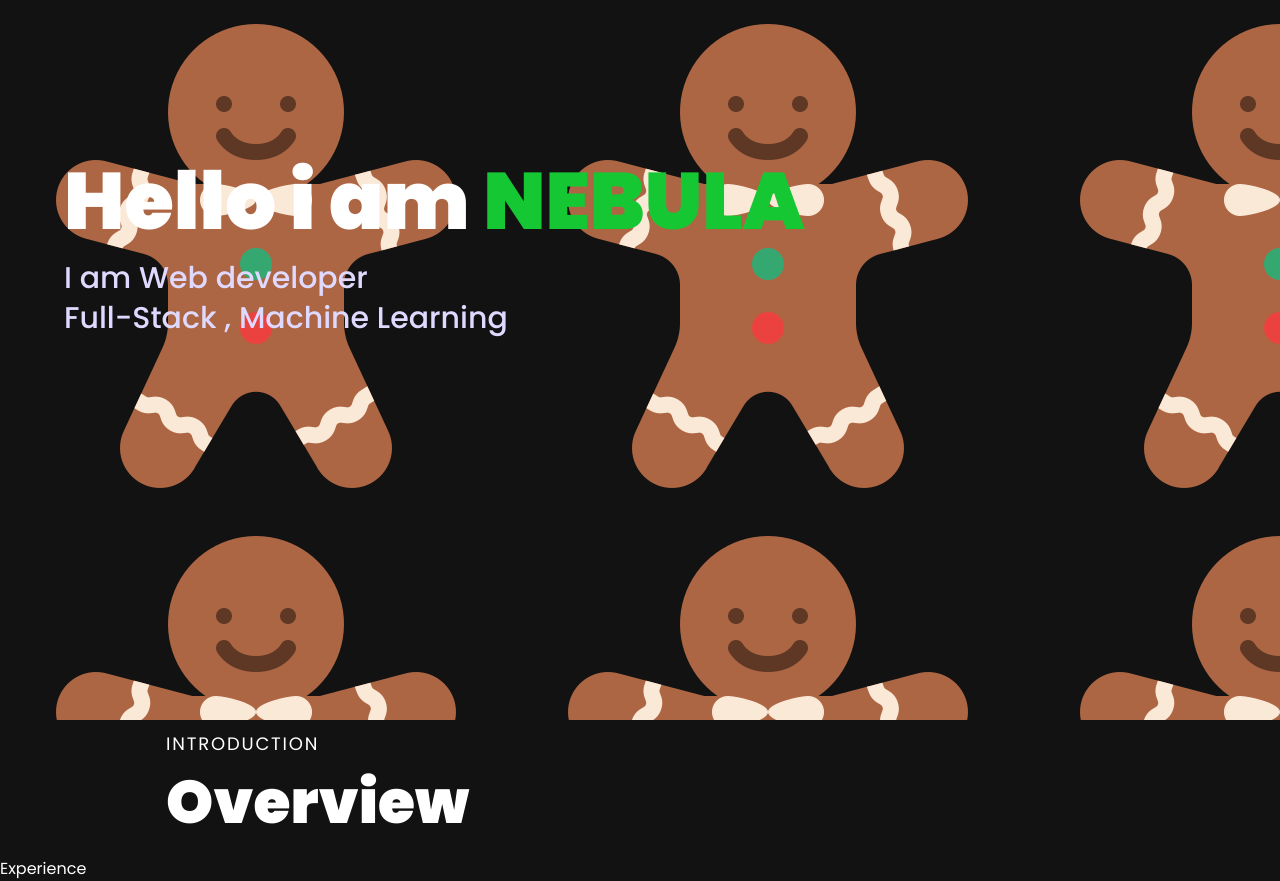
Repository: supakorn5039-boon/React-f
Page: /
The author's editor kept a copy of each file at every save. The page is drawn from the files as they stood at one save, then again after a run of saves.
The browser window is 1280 px wide. The pictures show the whole page.
Pictures or frames that could not be fetched are drawn as grey boxes. The project was rebuilt for these pictures with package versions that can differ from the ones it lists, and the page was loaded fresh each time. Also part of the build but not shown: vite.config.js.

Above is the page before, as saved 2024-01-09 16:58:22.

After the next 8 saves:
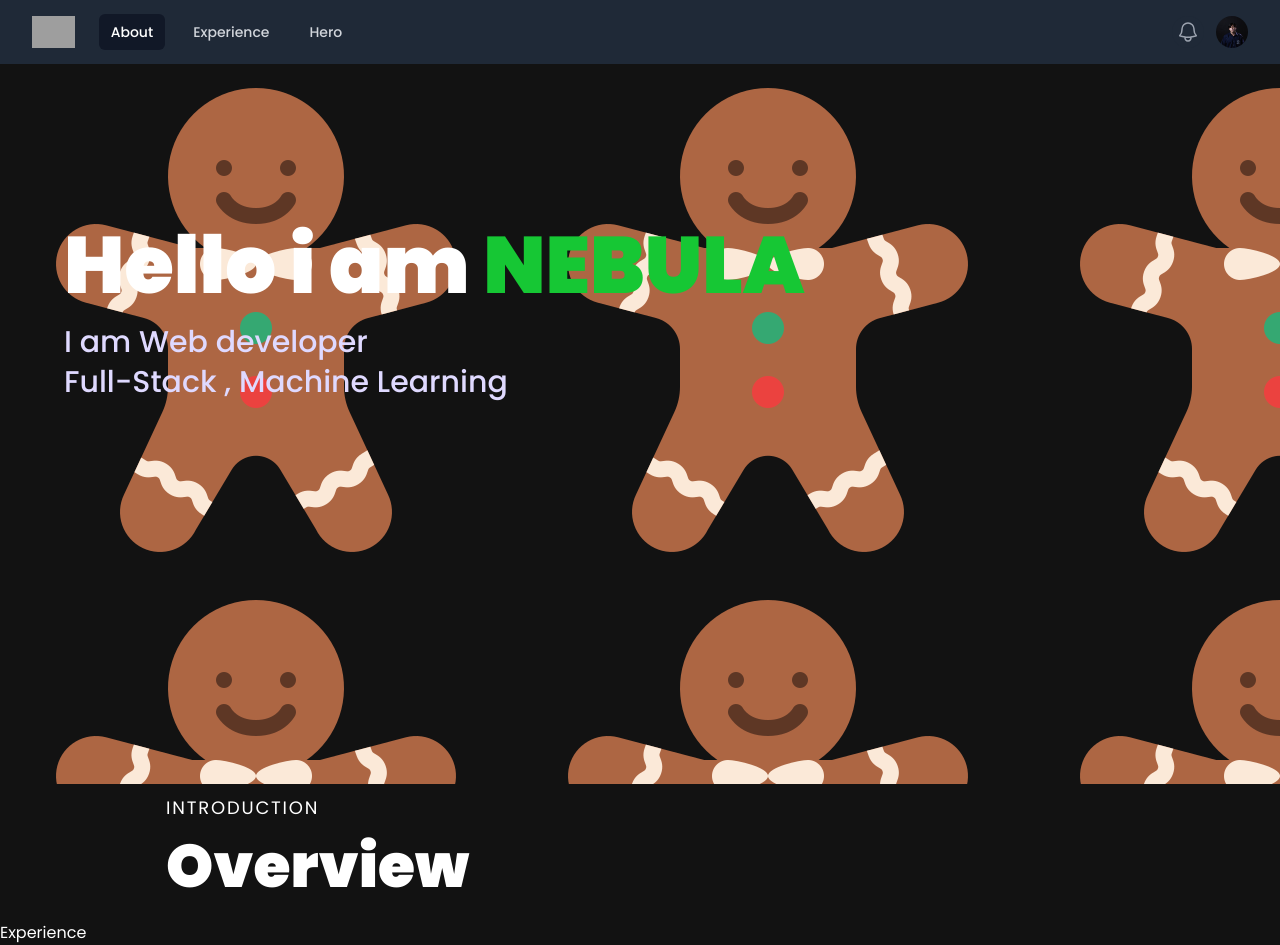
The 8 saves are shown as one change because they came seconds apart.
The last was saved 21 s later.
--- a/src/App.jsx
+++ b/src/App.jsx
@@ -1,10 +1,12 @@
 import Hero from "./components/Hero";
 import About from "./components/About";
 import Experience from "./components/Experience";
+import Navbar from "./components/Navbar";
 
 export default function App() {
   return (
     <div>
+      <Navbar />
       <Hero />
       <About />
       <Experience />
